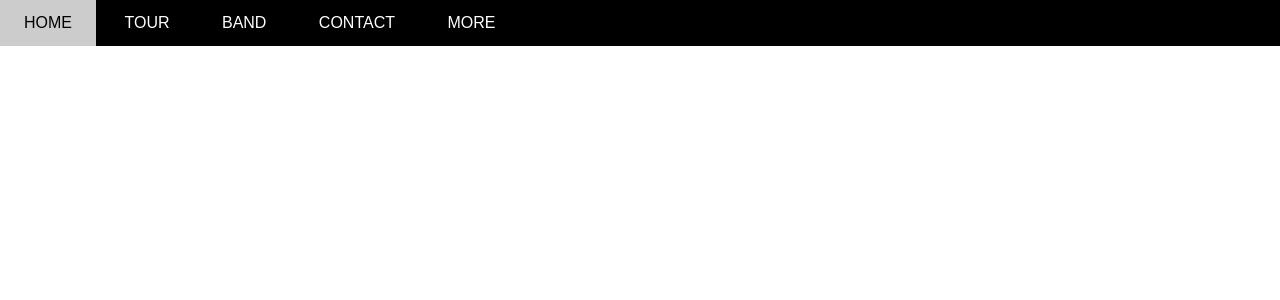
Repository: maivannhan1998/git-w3band
Page: index.html
The author's editor kept a copy of each file at every save. The page is drawn from the files as they stood at one save, then again after the next save.
The browser window is 1280 px wide. The pictures show the whole page.

Above is the page before, as saved 2021-09-03 22:33:06.

### index.html
<!DOCTYPE html>
<html lang="en">
<head>
    <meta charset="UTF-8">
    <meta http-equiv="X-UA-Compatible" content="IE=edge">
    <meta name="viewport" content="width=device-width, initial-scale=1.0">
    <title>Document</title>
    <link rel="stylesheet" href="./asset/css/style.css">
</head>
<body>
    <div id="main">
        <div id="header">
            <ul id="nav">
                <li><a href="">Home</a></li>
                <li><a href="">Tour</a></li>
                <li><a href="">Band</a></li>
                <li><a href="">Contact</a></li>
                <li><a href="">More</a>
                    <ul class="subnav">
                        <li><a href="">Merchandise</a></li>
                        <li><a href="">Extras</a></li>
                        <li><a href="">Media</a></li>
                    </ul>
                </li>
            </ul>
        </div>

        <div id="slider">

        </div>

        <div id="content">

        </div>

        <div id="footer">

        </div>
    </div>
</body>
</html>

### asset/css/style.css
/* Reset CSS*/
*{
    padding: 0;
    margin: 0;
    box-sizing: border-box;
}

html{
    font-family: Arial, Helvetica, sans-serif;
}

#main{

}

#header{
    height: 46px;
    background-color: #000;

}

#nav, .subnav {
    /* bỏ dấu chấm đầu dòng */
    list-style-type: none;

}

#nav > li {
    display: inline-block;
}

#nav li{
    position: relative;
}

#nav > li > a{
    color: #fff;
    /* in hoa */
    text-transform: uppercase;
}

#nav li a{

    text-decoration: none;
    line-height: 46px;
    padding: 0 24px;
    display: block;
}

#nav li:hover .subnav {
    display: block;
}

#nav > li:hover > a,
#nav .subnav li:hover a
{
    color: #000;
    background-color: #ccc;

}

#nav .subnav {
    display: none;
    min-width: 160px;
    position: absolute;
    top: 100%;
    left: 0;
    background-color: #fff;
    box-shadow: 0 0 10px rgba(0, 0, 0, 0.3);
}

#nav .subnav a {
    color: #000;
    padding: 0 12px;
    line-height: 38px;
}

#slider{

}

#content{

}

#footer{

}

After the next save:
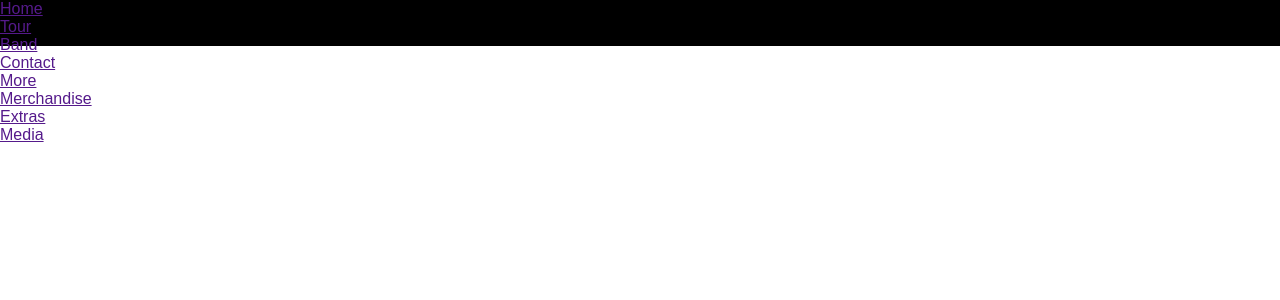
Saved 19 h 58 min later.
--- a/asset/css/style.css
+++ b/asset/css/style.css
@@ -16,64 +16,9 @@
 #header{
     height: 46px;
     background-color: #000;
-
 }
 
-#nav, .subnav {
-    /* bỏ dấu chấm đầu dòng */
-    list-style-type: none;
 
-}
-
-#nav > li {
-    display: inline-block;
-}
-
-#nav li{
-    position: relative;
-}
-
-#nav > li > a{
-    color: #fff;
-    /* in hoa */
-    text-transform: uppercase;
-}
-
-#nav li a{
-
-    text-decoration: none;
-    line-height: 46px;
-    padding: 0 24px;
-    display: block;
-}
-
-#nav li:hover .subnav {
-    display: block;
-}
-
-#nav > li:hover > a,
-#nav .subnav li:hover a
-{
-    color: #000;
-    background-color: #ccc;
-
-}
-
-#nav .subnav {
-    display: none;
-    min-width: 160px;
-    position: absolute;
-    top: 100%;
-    left: 0;
-    background-color: #fff;
-    box-shadow: 0 0 10px rgba(0, 0, 0, 0.3);
-}
-
-#nav .subnav a {
-    color: #000;
-    padding: 0 12px;
-    line-height: 38px;
-}
 
 #slider{
 
